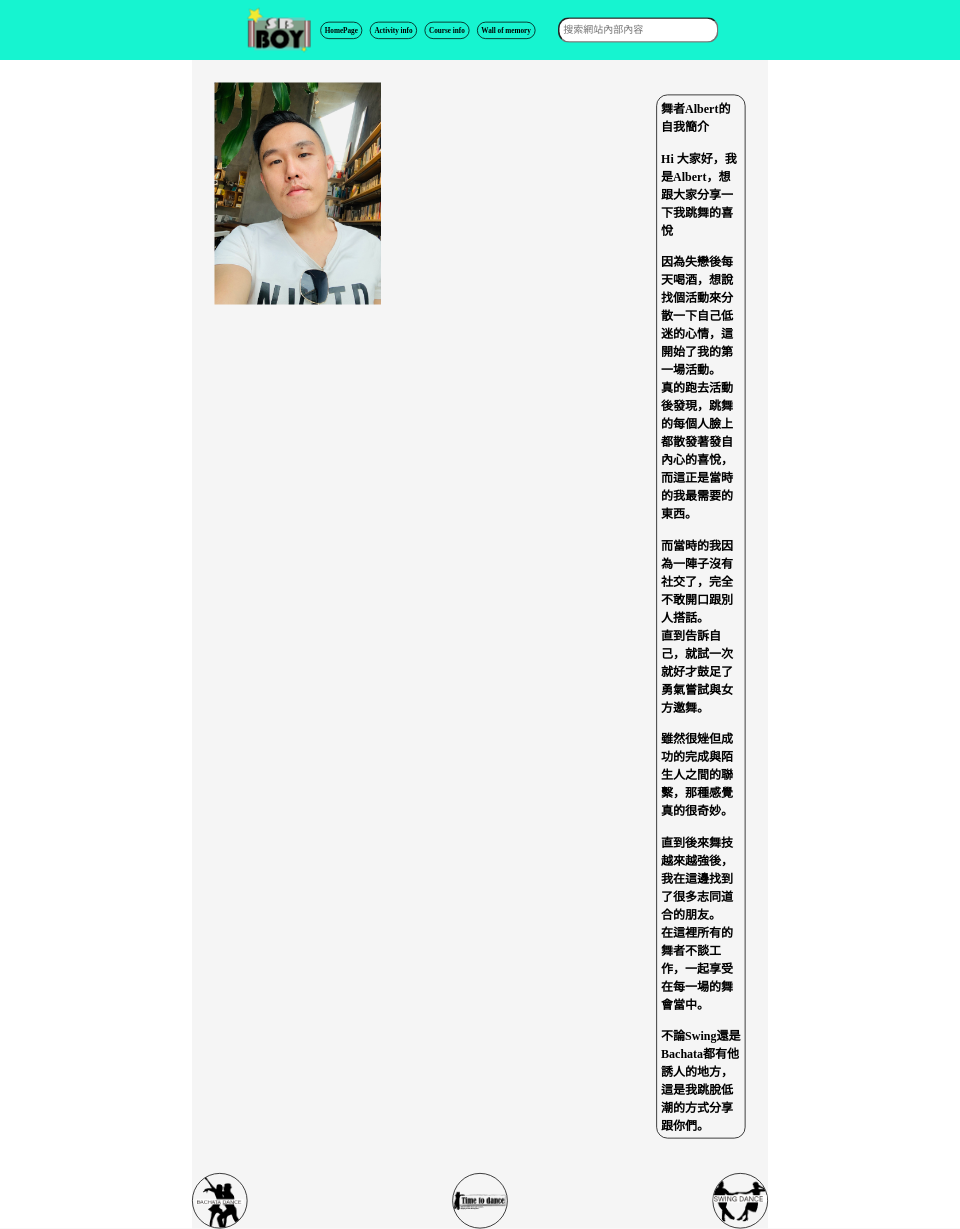
Repository: AlbertKoii/0718_Learning_Javascript
Page: aboutme/aboutme_try.html
These files come from the project's save history. The page is drawn as it stood at one moment and after the next save; the edit follows.
The browser window is 1280 px wide. The pictures show the whole page, at 75% of full size.

Above is the page before, as saved 2023-07-26 13:35:19.
Not found: aboutme/script.js

### aboutme/aboutme_try.html
<!DOCTYPE html>
<html lang="en">
<head>
    <meta charset="UTF-8">
    <meta name="viewport" content="width=device-width, initial-scale=1.0">
    <link rel="stylesheet" href="aboutme.try.css">
    <title>About me</title>
</head>
<body>
    <!-- 第一層 -->
    <div class="search-bar">
        <img class="logo" src="../img/logo.png" alt="圖片">
        <div class="links">
            <a class="link" href="../index.html">HomePage</a>
            <a class="link" href="./Activity info/ActivityInfo.html">Activity info</a>
            <a class="link" href="./CourseInfo/Courseinfo.html">Course info</a>
            <a class="link" href="./WallOfMemory.html/WallOfMemory.html">Wall of memory</a>
        </div>
        <div class="search">
            <input type="text" placeholder="搜索網站內部內容">
        </div>
    </div>

    <!-- 第二層 -->
    <div class="content">
        <div class="left">
            <img src="../img/Myhead.jpg" alt="個人照片">
        </div>
        <div class="right">
            <p style="font-size: 16px"><b>舞者Albert的自我簡介</b><b>
            <br><br>
            Hi 大家好，我是Albert，想跟大家分享一下我跳舞的喜悅<br>
            <br>
            因為失戀後每天喝酒，想說找個活動來分散一下自己低迷的心情，這開始了我的第一場活動。<br>
            真的跑去活動後發現，跳舞的每個人臉上都散發著發自內心的喜悅，<br>
            而這正是當時的我最需要的東西。<br>
            <br>
            而當時的我因為一陣子沒有社交了，完全不敢開口跟別人搭話。<br>
            直到告訴自己，就試一次就好才鼓足了勇氣嘗試與女方邀舞。<br>
            <br>
            雖然很矬但成功的完成與陌生人之間的聯繫，那種感覺真的很奇妙。<br>
            <br>
            直到後來舞技越來越強後，我在這邊找到了很多志同道合的朋友。<br>
            在這裡所有的舞者不談工作，一起享受在每一場的舞會當中。<br>
            <br>
            不論Swing還是Bachata都有他誘人的地方，這是我跳脫低潮的方式分享跟你們。</b>
            </p>
        </div>
    </div>

    <!-- 第三層 -->
    <div class="Icon">
        <img src="../img/BachataDanceIcon.png" alt="圖片1">
        <img src="../img/DanceIcon_01.png" alt="圖片2">
        <img src="../img/SwingDanceIcon.png" alt="圖片3">
    </div>

    <script src="script.js" defer></script>
</body>
</html>

### aboutme/aboutme.try.css
*{
    position: relative;
    font-family: 微軟正黑體;
}

html, body{
    padding: 0px;
    margin: 0px;

}
/* 第一層樣式 */
.search-bar {
    display: flex;
    align-items: center;
    justify-content:center;
    padding: 10px;
    text-overflow: ellipsis;
    background-color: #16F4D0;
}

.search-bar input {
    width: 200px;
    height: 3vh;
    padding: 5px;
    position: relative;
}
.logo{
    width: 100px;
}
.links {
    font-size: .6em;
    display: flex;
    white-space: nowrap;
}

.link {
    margin: 0 5px;
    padding: 5px;
    cursor: pointer;
    border-radius: 15px;
    border: solid .4px black;
    text-decoration: none;
    color: black;
    font-weight:700
}

.search{
    margin-left: 2%;
}

.search input{
    border-radius: 15px;
    height: 20px;
}
/* 第二層樣式 */
.content {
    display: flex;
    padding: 20px;
    background-color: #f5f5f5;
    text-overflow: ellipsis;
}

.content{
    margin-left:20%;
    margin-right: 20%;
    padding: 30px;
}

.left img {
    width: 40%;
    height: auto;
    object-fit: cover;
}
.right {
    width: 70%;
    margin-left: 5%;
    }
.right p{
    border: 1px solid black;
    border-radius: 15px;
    padding: 5px;
}


/* 第三層樣式 */
.Icon {
    display: flex;
    margin-left:20%;
    margin-right: 20%;
    justify-content: space-between;
    background-color: #f5f5f5;
}
.Icon img{
    height: 10vh;
    width: auto;
    padding: auto;
    border: 1px solid black;
    border-radius: 100%;
}

After the next save:
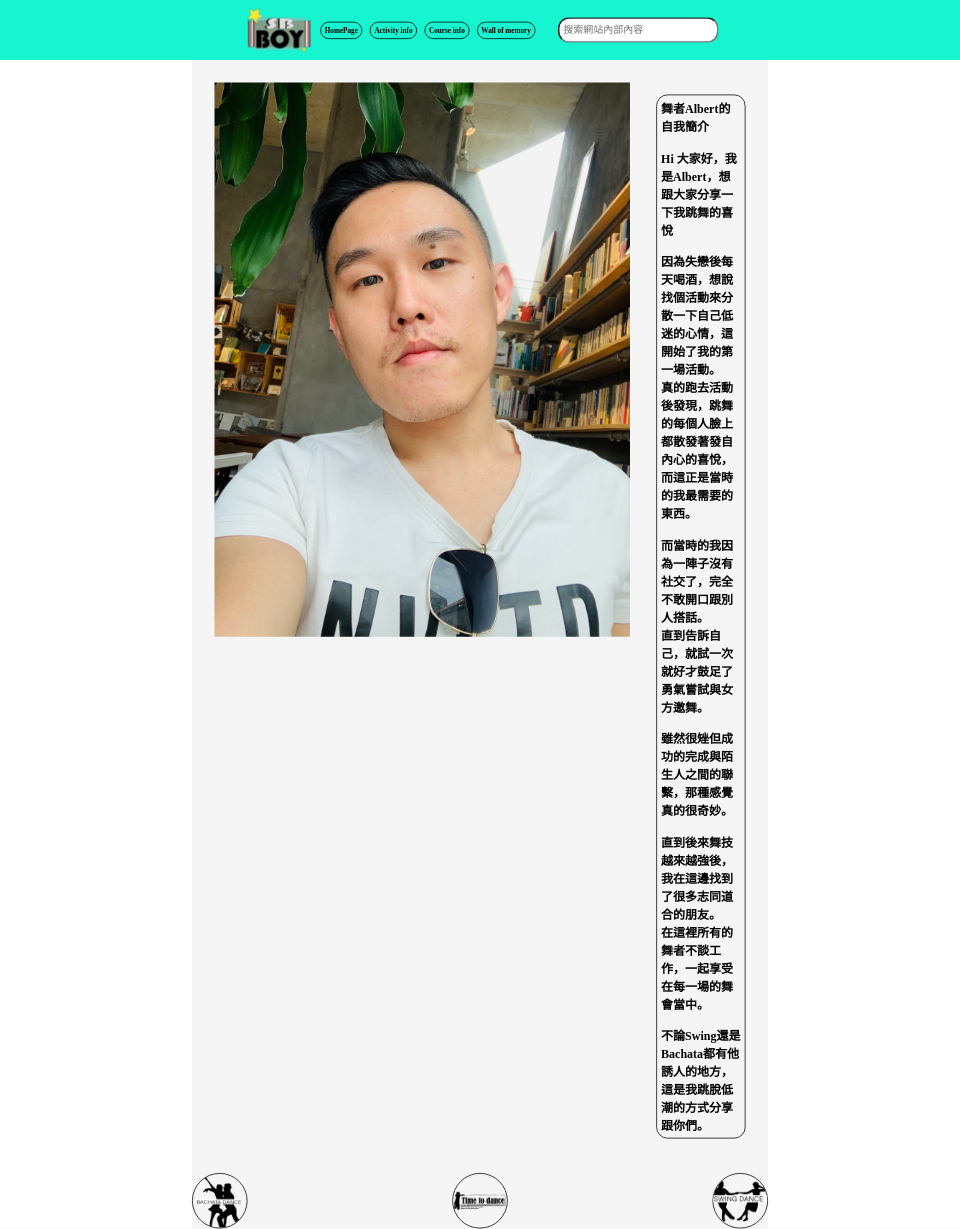
Saved 5 s later.
--- a/aboutme/aboutme.try.css
+++ b/aboutme/aboutme.try.css
@@ -67,7 +67,7 @@ html, body{
 }
 
 .left img {
-    width: 40%;
+    width: 100%;
     height: auto;
     object-fit: cover;
 }
